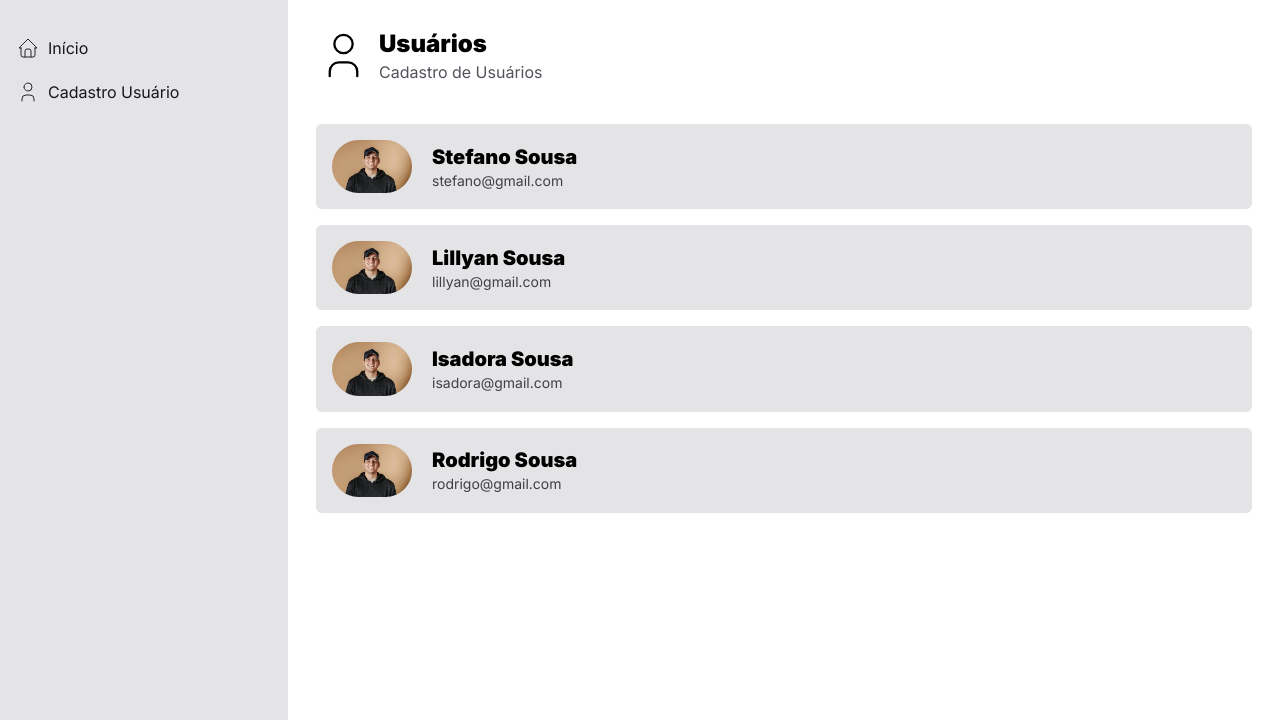
Repository: stefanosousaa/app-bd
Page: /usuarios
The author's editor kept a copy of each file at every save. The page is drawn from the files as they stood at one save, then again after the next save.
The browser window is 1280 px wide. The pictures show the whole page.
The project was rebuilt for these pictures with package versions that can differ from the ones it lists, and the page was loaded fresh each time. The framework's server and built-in components were replaced by stand-ins that run in the browser. Also part of the build but not shown: next.config.mjs.

Above is the page before, as saved 2024-05-26 00:31:59.

### src/app/(internas)/usuarios/page.tsx
'use client'

import Pagina from "@/app/components/template/Pagina";
import Titulo from "@/app/components/template/Titulo";
import ListaUsuario from "@/app/components/usuario/ListaUsuario";
import { IconUser } from "@tabler/icons-react";


export default function Page(){
    return(
        <Pagina className="flex flex-col gap-10">
            <Titulo icone={IconUser} principal="Usuários" secundario="Cadastro de Usuários"/>
           <ListaUsuario/>
        </Pagina>
    )
}

### src/app/components/template/Pagina.tsx
import Menu from "./Menu"

export interface PaginaProps {
    children: any
    className?: string
}

export default function Pagina(props: PaginaProps){
    return (
     <div className="flex ">
        <Menu/>
        <main className={`flex-1 p-7 ${props.className ?? ``}`}>{props.children}</main>

    </div>
    )

}

### src/app/components/template/Titulo.tsx
import { ElementType } from "react"

export interface TituloProps {
    principal: string
    secundario: string
    icone: ElementType
}

export default function Titulo(props: TituloProps){
    return(
          <div className="flex gap-2">
            <props.icone size={55} stroke={1}/>
            <div className="flex flex-col">
                <h1 className="text-2xl font-black">{props.principal}</h1>
                <h2 className="text-zinc-600">{props.secundario}</h2>
            </div>

          </div>
    )
}

### src/app/components/usuario/ListaUsuario.tsx

import { Usuario } from '@/core/model/Usuario'
import usuarios from '../../data/constants/usuarios'
import LinhaUsuario from './LinhaUsuario'

export default function ListaUsuario(){
    return(
        <div className="flex flex-col gap-4">
            {usuarios.map((usuario: Usuario) => {
                return <LinhaUsuario key={usuario.id} usuario={usuario}/>
            })}

        </div>
    )
}

### src/app/components/template/Menu.tsx
import { IconHome, IconUser } from "@tabler/icons-react"
import Link from "next/link"
import MenuItem from "./MenuItem"



export default function Menu(){
    return (
    <aside className="w-72 bg-zinc-200 h-screen">
         <nav className="flex flex-col gap-1 py-7">
            <MenuItem icone={IconHome} texto="Início" url="/" />
            <MenuItem icone={IconUser} texto="Cadastro Usuário" url="/usuarios" />


         </nav>
    </aside>
    )
}

### src/app/data/constants/usuarios.ts
import { Usuario } from "@/core/model/Usuario";

const usuarios: Usuario [] = [
    {
        id: "1",
        email:"stefano@gmail.com",
        nome: "Stefano Sousa",
        senha:"123456"
    },
    {
        id: "2",
        email:"lillyan@gmail.com",
        nome: "Lillyan Sousa",
        senha:"123456"
    },
    {
        id: "3",
        email:"isadora@gmail.com",
        nome: "Isadora Sousa",
        senha:"123456"
    },
    {
        id: "4",
        email:"rodrigo@gmail.com",
        nome: "Rodrigo Sousa",
        senha:"123456"
    },
]

export default usuarios

### src/app/components/usuario/LinhaUsuario.tsx
import { Usuario } from "@/core/model/Usuario"
import Image from "next/image"

export interface LinhaUsuarioProps {
    usuario: Usuario
}

export default function LinhaUsuario(props: LinhaUsuarioProps){
    return(
        <div className="flex items-center gap-5 p-4 bg-zinc-200 rounded-md">
            <Image
            src="data:[embedded picture, 6063 characters]"
            width={80}
            height={80}
            className="rounded-full"
            alt="Avatar"
            />



            <div className=" flex flex-col">
              <span className="text-xl font-black">{props.usuario.nome}</span>
              <span className="text-sm text-zinc-700">{props.usuario.email}</span>
            </div>


        </div>
    )
}

### src/app/components/template/MenuItem.tsx
import Link from "next/link"
import { ElementType } from "react"

export interface MenuItemProps{
    icone: ElementType
    texto: string
    url: string
}


export default function MenuItem(props : MenuItemProps){
    return(
        <Link href={props.url} className="flex gap-2 px-4 py-2 hover:bg-white ">
            <props.icone className= "text-zinc-800" size={24} stroke={1}/>
            <span className= "text-zinc-900">{props.texto}</span>
        </Link>
    )
}

### src/app/components/usuario/FormularioUsuario.tsx
import { Usuario } from "@/core/model/Usuario"
import InputTexto from "../shared/InputTexto"

export interface FormularioUsuarioProps {
    usuario: Usuario
}


export default function FormularioUsuario(props: FormularioUsuarioProps){
    return(
        <div className="flex flex-col gap-5">
            <InputTexto
            label="Nome"
            type="text"
            value={props.usuario.nome}
            onChange={()=>{}}/>

            <InputTexto
            label="Email"
            type="email"
            value={props.usuario.nome}
            onChange={()=>{}}/>

            <InputTexto
            label="Senha"
            type="password"
            value={props.usuario.nome}
            onChange={()=>{}}/>

            <button className="bg-blue-500 px-4 py-2 rounded-md">Salvar</button>
            <button className="bg-zinc-500 px-4 py-2 rounded-md">Cancelar</button>
        </div>
    )

}

### src/app/components/shared/InputTexto.tsx
'use client'

import { InputHTMLAttributes } from "react";

export interface InputTextoProps extends InputHTMLAttributes<HTMLInputElement> {
    label: string
}

export default function InputTexto(props: InputTextoProps){
    return(
        <div className="flex flex-col gap-1 ">
            <label>{props.label}</label>
            <input {...props}
            className="bg-zinc-800 p-2 rounded-md outline-none"
            />
        </div>
    )
}

Loaded but not shown: src/app/layout.tsx (common file); src/app/globals.css (common file); tailwind.config.ts (common file)

After the next save:
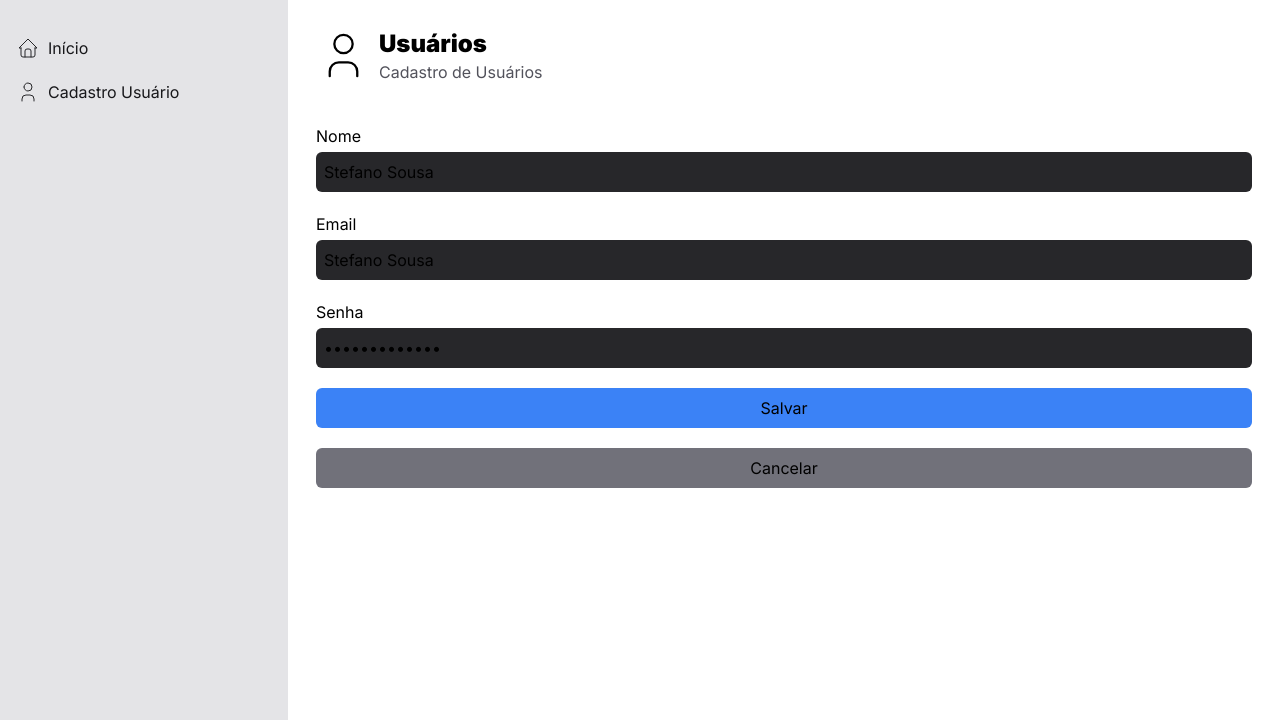
Saved 13 s later.
--- a/src/app/(internas)/usuarios/page.tsx
+++ b/src/app/(internas)/usuarios/page.tsx
@@ -2,7 +2,9 @@
 
 import Pagina from "@/app/components/template/Pagina";
 import Titulo from "@/app/components/template/Titulo";
+import FormularioUsuario from "@/app/components/usuario/FormularioUsuario";
 import ListaUsuario from "@/app/components/usuario/ListaUsuario";
+import usuarios from "@/app/data/constants/usuarios";
 import { IconUser } from "@tabler/icons-react";
 
 
@@ -10,7 +12,8 @@ export default function Page(){
     return(
         <Pagina className="flex flex-col gap-10">
             <Titulo icone={IconUser} principal="Usuários" secundario="Cadastro de Usuários"/>
-           <ListaUsuario/>
+           {/*<ListaUsuario/> */}
+           <FormularioUsuario usuario={usuarios[0]}/>
         </Pagina>
     )
 }
